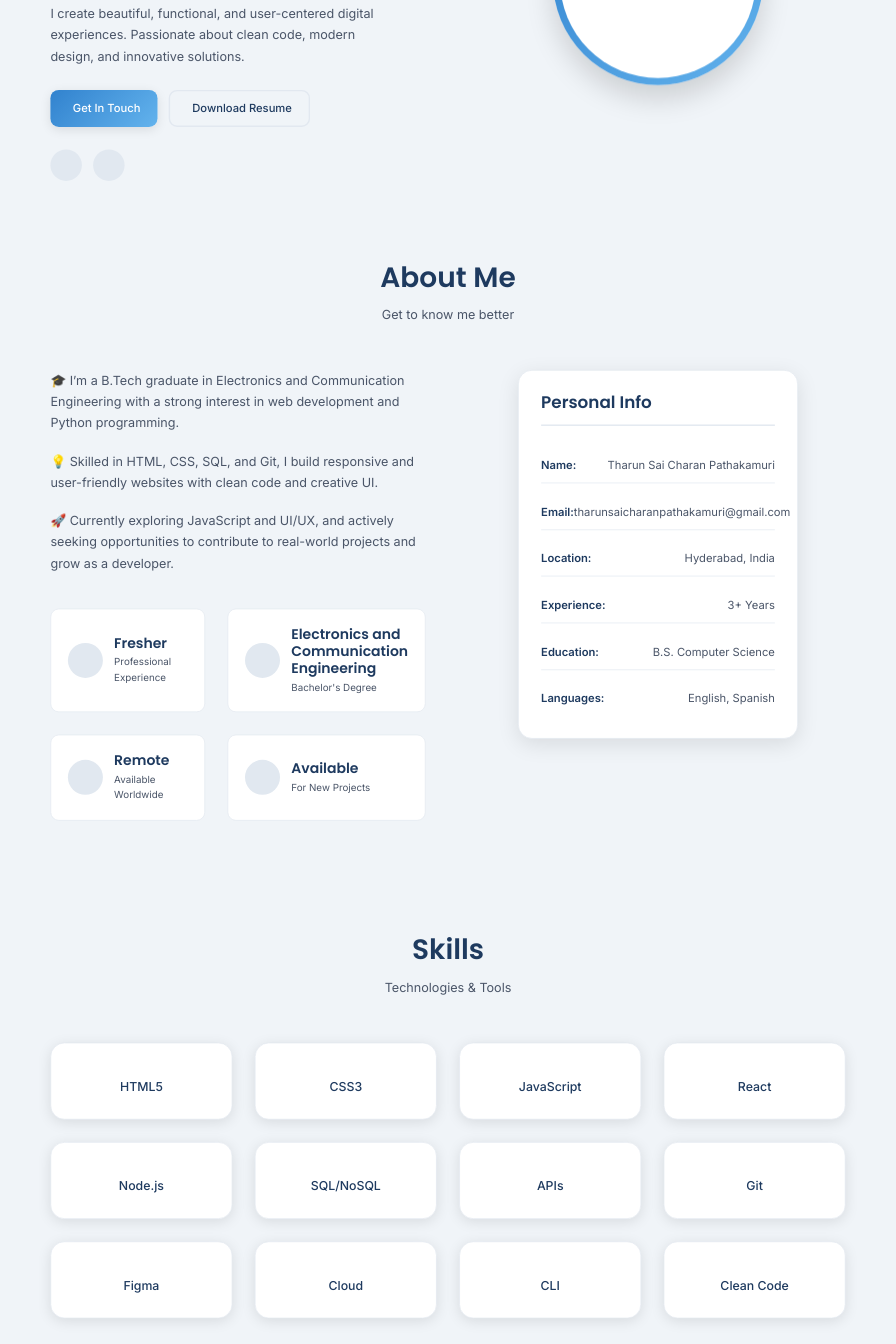
Repository: TharunPathakamuri/Portfolio
Page: index.html
These files come from the project's save history. The page is drawn as it stood at one moment and after the next save; the edit follows.
The browser window is 1280 px wide. The pictures show the part of the page from y = 428 to 2348 px (the page is 4994 px tall), at 70% of full size.

Above is the page before, as saved 2025-07-04 23:28:30.

After the next save:
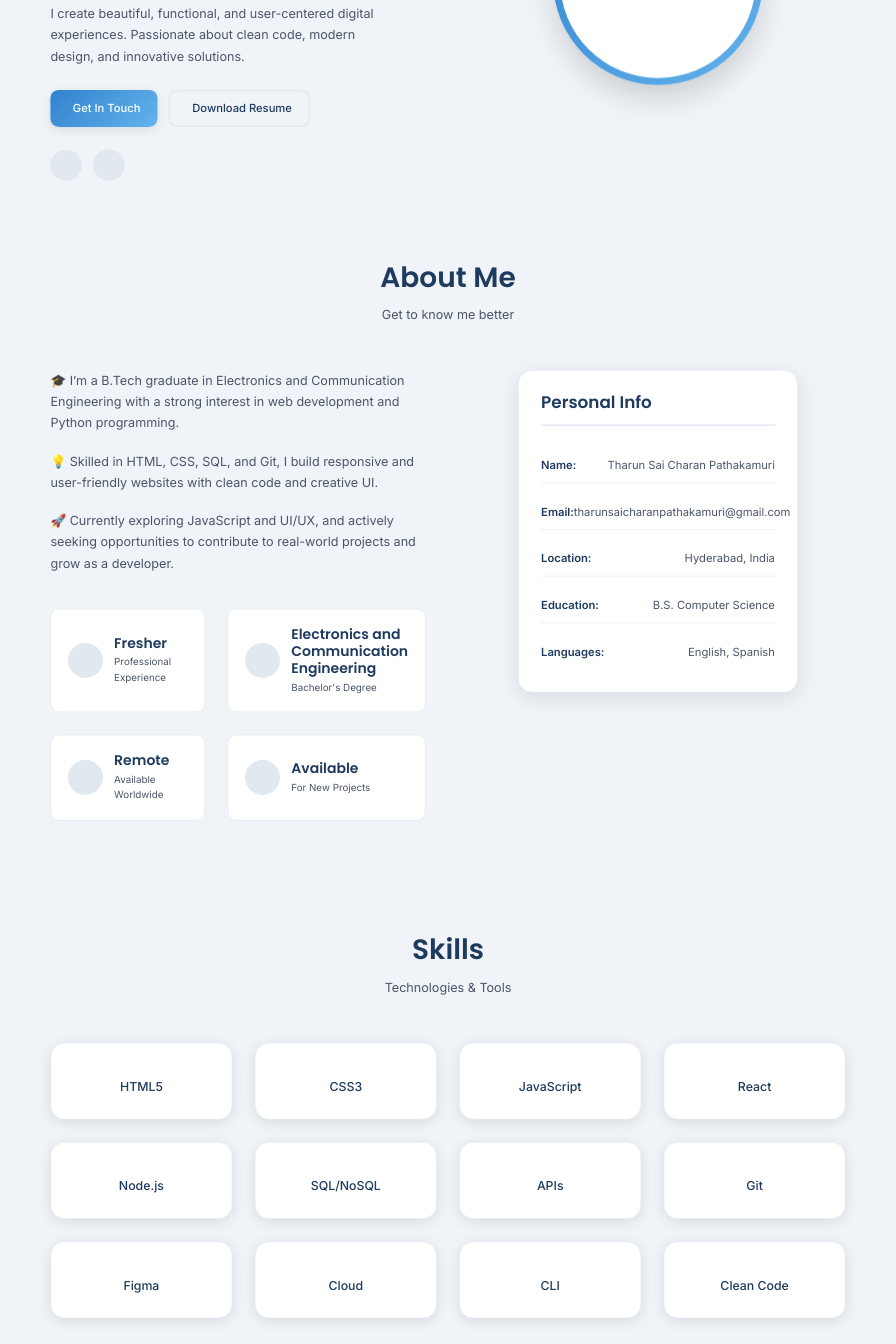
Saved 8 s later.
--- a/index.html
+++ b/index.html
@@ -230,11 +230,6 @@
                 <div class="info-item">
                   <span class="info-label">Location:</span>
                   <span class="info-value">Hyderabad, India</span>
-                </div>
-
-                <div class="info-item">
-                  <span class="info-label">Experience:</span>
-                  <span class="info-value">3+ Years</span>
                 </div>
 
                 <div class="info-item">
